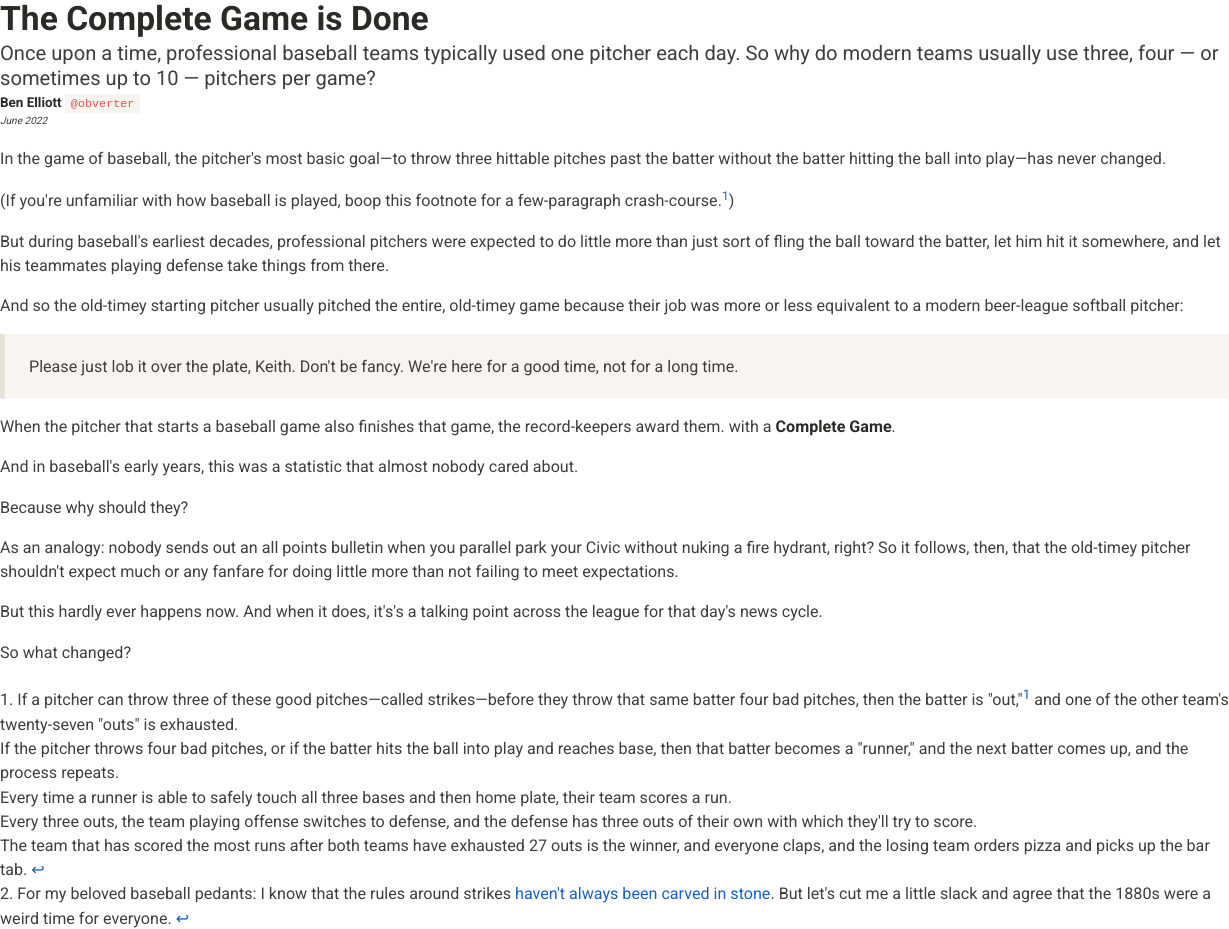
Repository: obverter/complete-games-are-done
Page: index.html
These files come from the project's save history. The page is drawn as it stood at one moment and after the next save; the edit follows.
The browser window is 1280 px wide. The pictures show the whole page, at 96% of full size.

Above is the page before, as saved 2022-06-25 07:44:08.

### index.html
<!DOCTYPE html>
<html>
    <head>
        <meta charset="utf-8" />
        <meta name="viewport" content="width=device-width, initial-scale=1" />
        <title>Complete Games Are Done</title>
        <!-- todo: Title above is the text in the browser tab. -->
        <link rel="stylesheet" href="docs/bulmaswap.min.css" />
    </head>

    <body>
        <h1 class="title is-2">The Complete Game is Done</h1>
        <!-- todo: Title above is the Content title. -->
        <p class="subtitle is-4">
            Once upon a time, professional baseball teams typically used one
            pitcher each day. So why do modern teams usually use three, four —
            or sometimes up to 10 — pitchers per game?
            <!-- todo: Subtitle above is the Content subtitle. -->
        </p>

        <h6 class="title is-6">Ben Elliott <code>@obverter</code></h6>
        <h6 class="subtitle is-7"><em>June 2022</em></h6>
        <div class="content">

            <p>
                In the game of baseball, the pitcher's most basic goal—to throw
                three hittable pitches past the batter without the batter hitting
                the ball into play—has never changed.
            </p>
            <p>
                (If you're unfamiliar with how baseball is played, boop this
            footnote for a few-paragraph crash-course.<sup
                ><a href="#fn1" id="ref1">1</a></sup
            >)
        </p>
        <p>
            But during baseball's earliest decades, professional pitchers were
            expected to do little more than just sort of fling the ball toward
            the batter, let him hit it somewhere, and let his teammates playing
            defense take things from there.
        </p>
        <p>
            And so the old-timey starting pitcher usually pitched the entire,
            old-timey game because their job was more or less equivalent to a
            modern beer-league softball pitcher:
        </p>
        <blockquote>
            Please just lob it over the plate, Keith. Don't be fancy. We're here
            for a good time, not for a long time.
        </blockquote>
        <p>
            When the pitcher that starts a baseball game also finishes that
            game, the record-keepers award them. with a
            <strong>Complete Game</strong>.
        </p>
        <p>
            And in baseball's early years, this was a statistic that almost
            nobody cared about.
        </p>
        <p>Because why should they?</p>
        <p>
            As an analogy: nobody sends out an all points bulletin when you
            parallel park your Civic without nuking a fire hydrant, right? So it
            follows, then, that the old-timey pitcher shouldn't expect much or
            any fanfare for doing little more than not failing to meet
            expectations.
        </p>
        <p>
            But this hardly ever happens now. And when it does, it's's a talking
            point across the league for that day's news cycle.
        </p>
        <p>So what changed?</p>

    </div>
        <sup id="fn1"></sup>
        <p>
            1. If a pitcher can throw three of these good pitches—called
            strikes—before they throw that same batter four bad pitches, then
            the batter is "out,"<sup><a href="#fn2" id="ref1">1</a></sup>
            and one of the other team's twenty-seven "outs" is exhausted.
        </p>
        <p>
            If the pitcher throws four bad pitches, or if the batter hits the
            ball into play and reaches base, then that batter becomes a
            "runner," and the next batter comes up, and the process repeats.
        </p>
        <p>
            Every time a runner is able to safely touch all three bases and then
            home plate, their team scores a run.
        </p>
        <p>
            Every three outs, the team playing offense switches to defense, and
            the defense has three outs of their own with which they'll try to
            score.
        </p>
        <p>
            The team that has scored the most runs after both teams have
            exhausted 27 outs is the winner, and everyone claps, and the losing
            team orders pizza and picks up the bar tab.
            <a href="#ref1" title="Jump back to footnote 1 in the text.">↩</a>
            <br />
            <sup id="fn2">
                <p>
                    2. For my beloved baseball pedants: I know that the rules
                    around strikes
                    <a
                        strong
                        href="https://www.baseball-almanac.com/articles/strike_zone_rules_history.shtml"
                        >haven't always been carved in stone</a
                    >. But let's cut me a little slack and agree that the 1880s
                    were a weird time for everyone.
                    <a href="#ref2" title="Jump back to footnote 2 in the text."
                        >↩</a
                    >
                </p></sup
            >
        </p>
    </body>
</html>

Loaded but not shown: docs/bulmaswap.min.css (library)

After the next save:
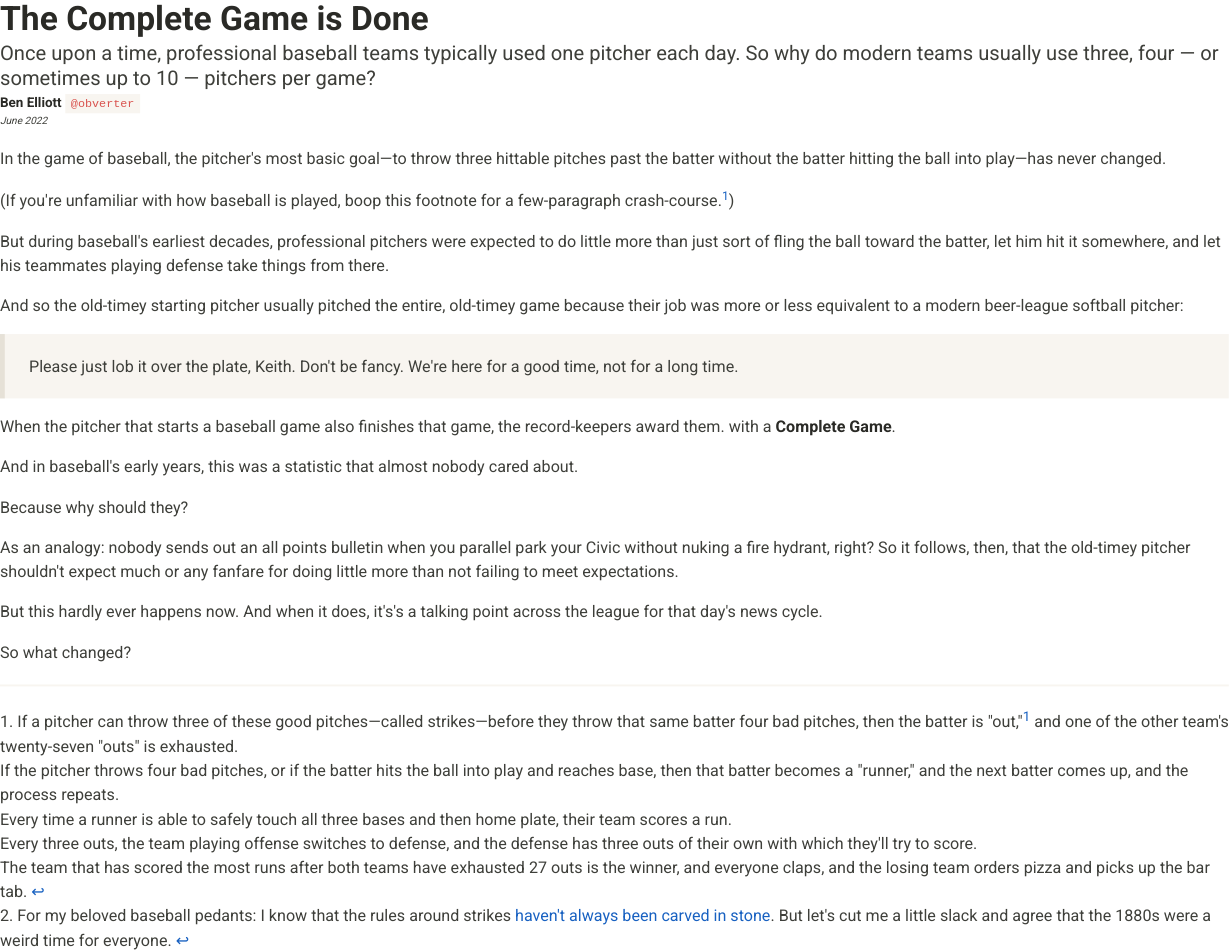
Saved 19 s later.
--- a/index.html
+++ b/index.html
@@ -72,6 +72,7 @@
         <p>So what changed?</p>
 
     </div>
+    <hr>
         <sup id="fn1"></sup>
         <p>
             1. If a pitcher can throw three of these good pitches—called
